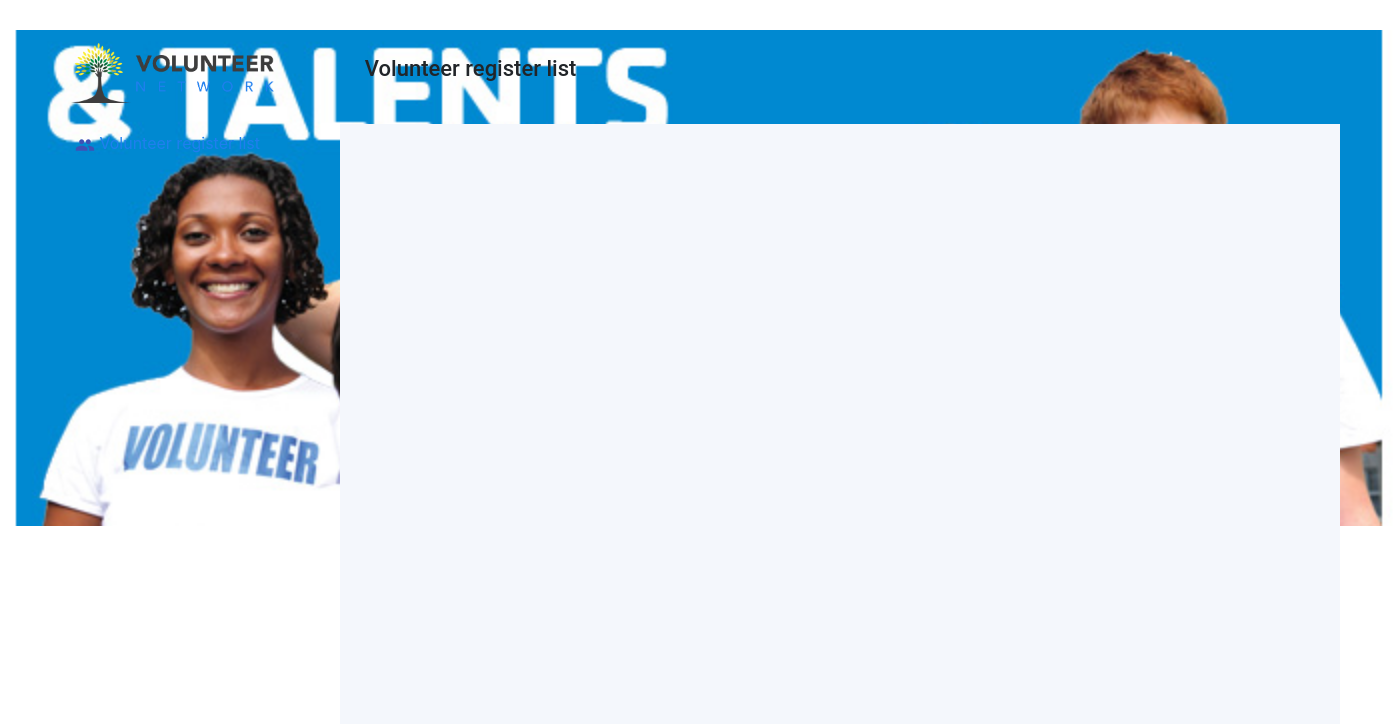
Repository: MdTahsinAmin/volunteer-network-client
Page: /adminPanel
These files come from the project's save history. The page is drawn as it stood at one moment and after the next save; the edit follows.
The browser window is 1280 px wide. The page is 1400 px wide, so the pictures cover 1400 px, including what lies to the right of the window. The pictures show the whole page.
The project was rebuilt for these pictures with package versions that can differ from the ones it lists, and the page was loaded fresh each time.

Above is the page before, as saved 2020-10-04 23:52:34.

After the next save:
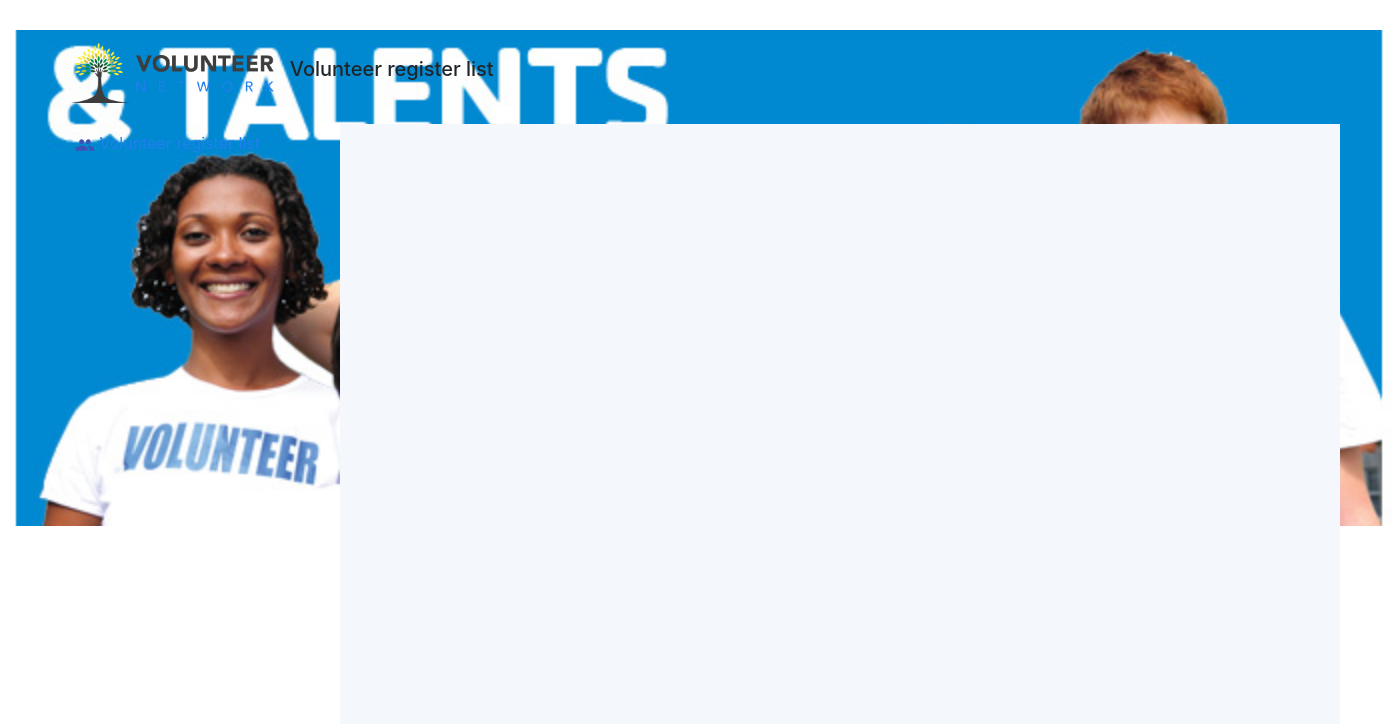
Saved 6 s later.
--- a/src/components/AdminPanel/AdminPanel.css
+++ b/src/components/AdminPanel/AdminPanel.css
@@ -7,13 +7,6 @@
     left: 88px;
     top: 44px;
     margin-left:55px;
-}
-.volunteer-list{
-    margin-left:75px;
-    font-family: Roboto;
-    font-style: normal;
-    font-weight: 500;
-    font-size: 22px;
 }
 .adminPanel-section{
     display:flex;
